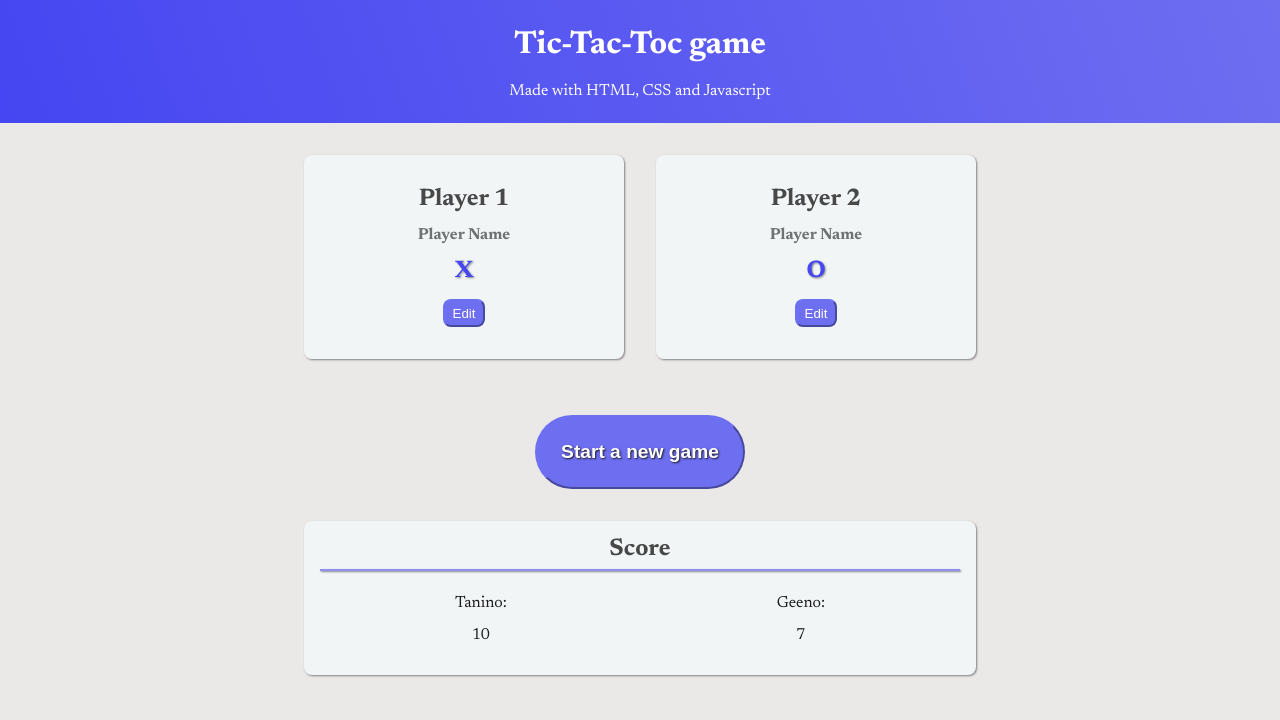
Repository: MicTomm/Tic-tac-toe-game
Page: index.html
The author's editor kept a copy of each file at every save. The page is drawn from the files as they stood at one save, then again after the next save.
The browser window is 1280 px wide. The pictures show the whole page.

Above is the page before, as saved 2023-06-26 20:18:51.

After the next save:
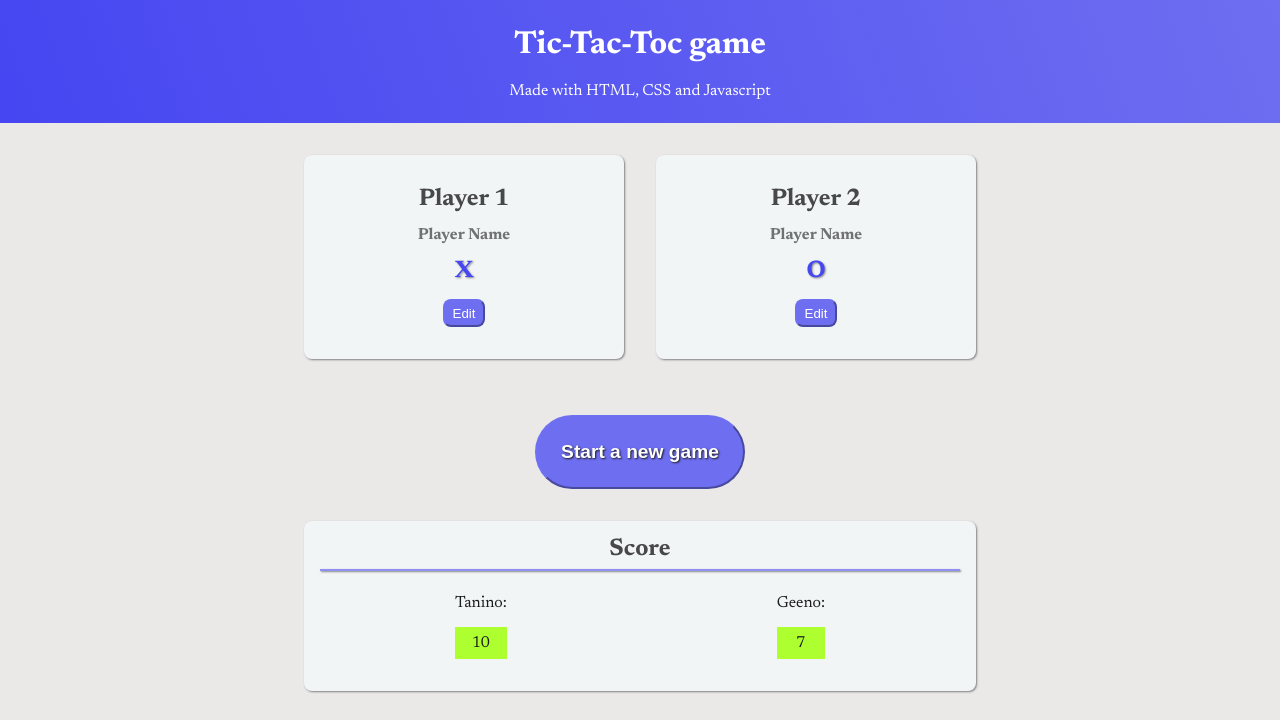
Saved 40 s later.
--- a/styles/game-execution.css
+++ b/styles/game-execution.css
@@ -93,4 +93,6 @@ hr{
 #score-players-div span{
     display: block;
     margin: 1rem 0rem;
+    padding:.5rem 0rem;
+    background-color: greenyellow;
 }
